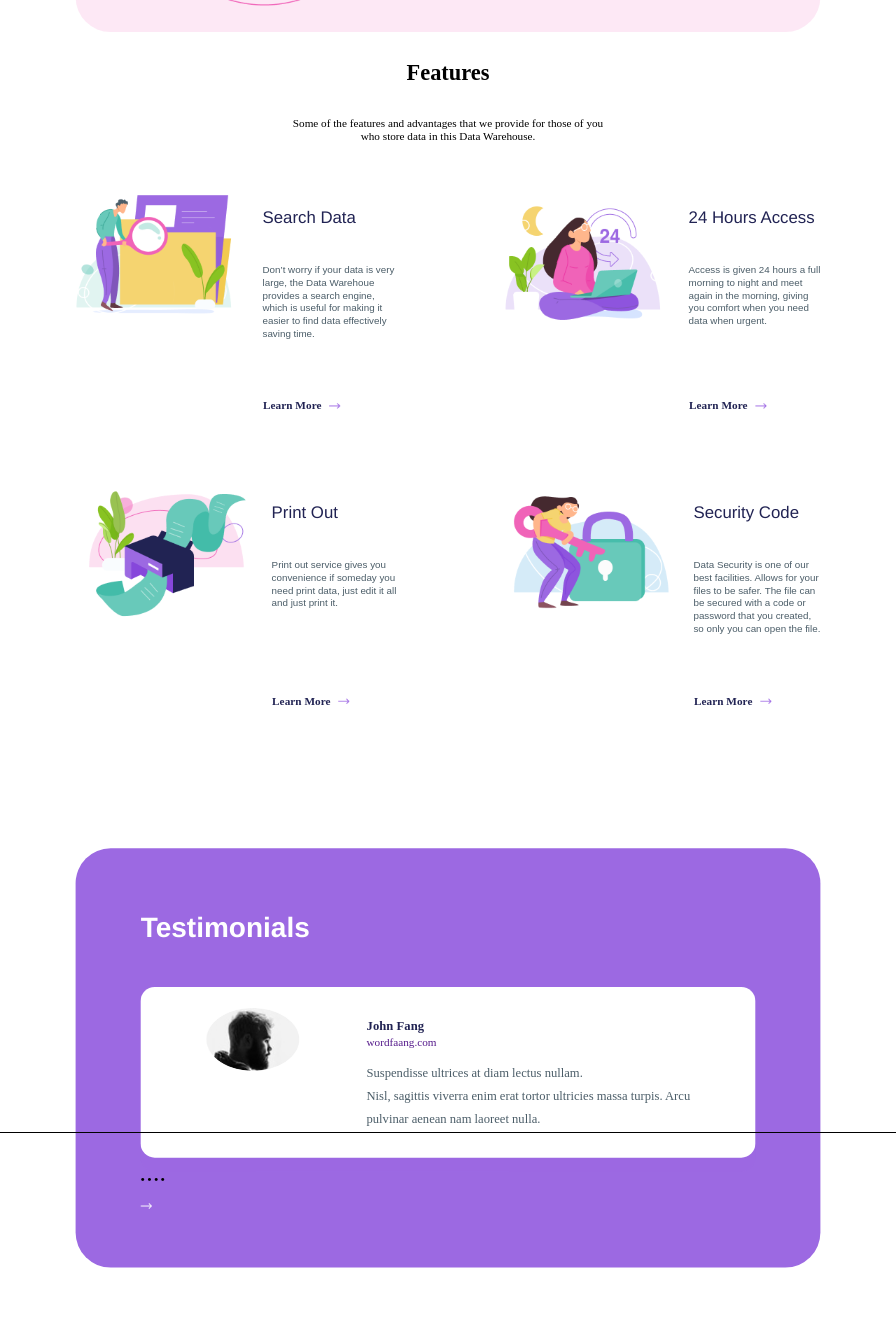
Repository: batonAnton/HW6_flexbox
Page: index.html
These files come from the project's save history. The page is drawn as it stood at one moment and after the next save; the edit follows.
The browser window is 1280 px wide. The pictures show the part of the page from y = 1287 to 3207 px (the page is 3168 px tall before and 3207 px after), at 70% of full size.
Some web fonts or font styles are not loaded; a fallback is used.

Above is the page before, as saved 2022-06-19 15:22:57.

### index.html
<!DOCTYPE html>
<html lang="en">
<head>
    <meta charset="UTF-8">
    <meta http-equiv="X-UA-Compatible" content="IE=edge">
    <meta name="viewport" content="width=device-width, initial-scale=1.0">
    <link href="http://fonts.cdnfonts.com/css/helvetica-neue-9" rel="stylesheet">
    <link rel="stylesheet" href="./fonts/Helvetica-Bold.ttf">
    <link rel="stylesheet" href="./fonts/AvenirLTStd-Black.otf">
    <link rel="stylesheet" href="./css/style.css">
    <title>FlexBox</title>
</head>
<body>
    <header>
        <div class="logo">
            <img src="./images/logo.png" alt="logo">
        </div>

        <nav>
            <ul>
                <li>
                    <a href="#">about</a>
                </li>
                <li>
                    <a href="#">help</a>
                </li>
                <li>
                    <a href="#">features</a>
                </li>
                <li>
                    <a href="#">signup</a>
                </li>
            </ul>
        </nav>

        <div class="header-btn">
            <div>
                <button>request demo</button>
            </div>
            <div class="btn-img">
                <img src="./images/right-arrow.png" alt="arrow-right" >
            </div>
        </div>
    </header>

    <div class="section allstyles">
        <div class="info">
            <h1>Save your data <br> storage here.</h1>
            <p>Data Warehouse is a data storage area that <br>has been
                tested for security, so you can store <br> your data here
                safely but not be afraid of <br> being stolen by others.</p>
            <button>Learn more</button>
        </div>

        <div class="section-img">
            <img src="./images/headerImg.png" alt="">
        </div>
    </div>

    <div class="section2 allstyles">
        <div class="sectin2-img">
            <img src="./images/assideimg.png" alt="assideimg">
        </div>

        <div class="section2-info">
            <h1>We are a high-level data <br> storage bank</h1>
            <p>
                The place to store various data that you can access at any <br> time through the internet  and where you can carry it. <br>
                This very flexible storage area has a high level of security. <br> To enter into your own data you must enter the password <br> that you created when you registered in this Data <br> Warehouse.
            </p>
        </div>
    </div>

    <div class="section3 allstyles">
        <h1 class="section3-header"> Features</h1>
        <p class="section3-header">Some of the features and advantages that we provide for those of you <br> who store data in this Data Warehouse.</p>

        <div class="row1">
            <div class="block">
                <img src="./images/section3/image1 1.png" alt="img">
                <div class="info">
                    <h1>Search Data</h1>
                <p>
                    Don’t worry if your data is very <br> large, the Data Warehoue <br> provides a search engine, <br> which is useful for making it <br> easier to find data effectively <br> saving time.
                </p>

                <div class="header-btn section3-btn">
                    <div>
                        <button>Learn more</button>
                    </div>
                    <div class="btn-img">
                        <img src="./images/right-arrow.png" alt="arrow-right" >
                    </div>
                </div>
                </div>

            </div>


            <div class="block">
                <img src="./images/section3/image2.png" alt="img">
                <div class="info">
                    <h1>24 Hours Access</h1>
                <p>
                    Access is given 24 hours a full <br> morning to night and
                    meet <br> again in the morning, giving <br> you comfort when
                    you need <br> data when urgent.
                </p>

                <div class="header-btn section3-btn">
                    <div>
                        <button>Learn more</button>
                    </div>
                    <div class="btn-img">
                        <img src="./images/right-arrow.png" alt="arrow-right" >
                    </div>
                </div>
                </div>

            </div>
        </div>

        <!-- row2 start -->

        <div class="row1 row2">
            <div class="block">
                <img src="./images/section3/image3 1.png" alt="img">
                <div class="info">
                    <h1>Print Out</h1>
                <p>
                    Print out service gives you <br> convenience if someday
                    you <br> need print data, just edit it all <br> and just print it.
                </p>

                <div class="header-btn section3-btn">
                    <div>
                        <button>Learn more</button>
                    </div>
                    <div class="btn-img">
                        <img src="./images/right-arrow.png" alt="arrow-right" >
                    </div>
                </div>
                </div>

            </div>


            <div class="block">
                <img src="./images/section3/image4 1.png" alt="img">
                <div class="info">
                    <h1>Security Code</h1>
                <p>
                    Data Security is one of our <br> best facilities. Allows for your <br> files
                    to be safer. The file can <br> be secured with a code or <br>
                    password that
                    you created, <br> so only you can open the file.
                </p>

                <div class="header-btn section3-btn">
                    <div>
                        <button>Learn more</button>
                    </div>
                    <div class="btn-img">
                        <img src="./images/right-arrow.png" alt="arrow-right" >
                    </div>
                </div>
                </div>

            </div>
        </div>
    </div>

    <div class="section4 allstyles">
        <h1>Testimonials</h1>

        <div class="block">
            <img class="rounded" src="./images/section3/Ellipse 76.jpg" alt="img">
            <div class="info">
                <h1>John Fang </h1>
                <a href="">wordfaang.com</a>
                <p>
                    Suspendisse ultrices at diam lectus nullam. <br>
                    Nisl, sagittis viverra enim erat tortor ultricies massa turpis. Arcu <br> pulvinar aenean nam laoreet nulla.
                </p>
            </div>
        </div>
        <h4>&#x2022 &#x2022 &#x2022 &#x2022</h4>
        <p> <img src="./images/section3/right-arrow white.png" alt=""></p>
    </div>
</body>
</html>

### css/style.css
body {
  box-sizing: border-box;
  font-family: "Avenir";
}

.allstyles{
    margin: 70px 100px;
}

header {
  display: flex;
  margin: 30px 100px;
  justify-content: space-between;
  /* border: 1px solid gray; */
 font-family: Arial, Helvetica, sans-serif;
  font-size: 16px;
}


nav {
  margin-right: 40%;
}

nav ul {
  display: flex;
  list-style: none;
  color: #4b5d68;
}

nav ul li a {
  text-decoration: none;
  padding-left: 20px;
  text-transform: capitalize;
}

.header-btn {
  display: flex;
  justify-content: center;
}


.header-btn button {
  padding: 15px 30px 15px 15px;
  text-transform: capitalize;
  border: none;
  border-radius: 50px;
  background: #ffffff;
  box-shadow: 0px 5px 5px rgb(75 93 104 / 15%);
  width: 210px;
  color: #212353;
  font-size: 16px;
  font-weight: 800;
  line-height: 100%;
  letter-spacing: 0.005em;
}

.btn-img {
  margin-left: -35px;
  padding-left: -15px;
  align-self: center;
}

button img {
  padding-top: 5px;
  margin-left: 5px;
}

button:hover {
  border: 1px solid rgba(156, 105, 226, 1);
  text-decoration: underline;
}

.section {
  display: flex;
  position: relative;
  height: 600px;
  overflow: hidden;
}


.info {
  width: 50%;
}

.section h1 {
  font-style: normal;
  font-weight: 700;
  font-size: 4rem;
  line-height: 110%;
  font-family: "Helvetica Neue", sans-serif;
  color:#212353;
  font-weight: 700;
}



.section p {
  font-family: 'Avenir', Helvetica, sans-serif;
  font-style: normal;
  font-weight: 500;
  font-size: 16px;
  line-height: 28px;
  margin-top: 50px;
  margin-bottom: 50px;
}

.section-img {
  position: absolute;
  bottom: 1%;
  right: -13%;
}
.section-img img {
  width: 84%;
}

.info button{
    font-family: 'Avenir', Helvetica, sans-serif;
    font-style: normal;
    font-weight: 700;
    font-size: 18px;
    line-height: 160%;
    background-color: #9C69E2;
    border-radius: 50px;
    color: #ffffff;
    width: 170px;
    height: 60px;
    border: none;
    cursor: pointer;
}


.section2{
    display: flex;
    justify-content: space-between;
    background: rgba(240, 99, 184, 0.15);
    border-radius: 50px;
    font-family: 'Avenir', Helvetica, sans-serif;
}

.section2 h1{
    font-style: normal;
    font-weight: 700;
    font-size: 40px;
    line-height: 130%;
    color: #212353;
}

.section2 p{
    font-family: 'Avenir', Helvetica, sans-serif;
font-style: normal;
font-weight: 400;
font-size: 16px;
line-height: 160%;
}

.section2-info{
    padding:55px;
}


.section3-header{
    text-align: center;
    margin: -30px 0 75px 0;
}

.row1{
    display: flex;
    justify-content: space-between;
}

.row1 .block img{
    float: left;
}

.section3 .info{
  float: right;
  width: auto;
  margin-left: 35px;
}

.section3 .info h1{
  font-family: 'Helvetica';
font-style: normal;
font-weight: 400;
font-size: 24px;
line-height: 130%;
color: #212353;
}

.section3 .info p{
  font-family: 'Avenir',  sans-serif;
font-style: normal;
font-weight: 200;
font-size: 14px;
line-height: 130%;
color: #4B5D68;
margin-top: 50px;
/* margin-bottom: 50px; */
height: 160px;
}

.section3 .section3-btn button{
  padding:0;
  color: #212353;
  box-shadow: none;
  background-color: #ffffff;
  font-family: 'Avenir';
  font-style: normal;
  font-weight: 900;
  font-size: 16px;
  line-height: 160%;
  letter-spacing: 0.005em;
  width:85px;
}

.section3 .header-btn{
  display: flex;
  justify-content: flex-start;
}

.section3 .btn-img{
  margin-left: 10px;
}

.row2{
  margin: 90px 0  180px 0;
}

.section4{
  /* height: 709px; */
  background-color: #9C69E2;
  border-radius: 50px;
  padding: 60px 93px;
}

.section4 h1{
  font-family: 'Helvetica';
  font-style: normal;
  font-weight: 700;
  font-size: 40px;
  line-height: 130%;
  color: #FFFFFF;
  margin-bottom: 60px;
}

.section4 .block{
  background-color: #FFFFFF;
  box-shadow: 0px 20px 0px rgba(156, 105, 226, 0.3);
  border-radius: 20px;
  padding: 30px 93px 120px 93px;
}

.section4 .info{
  float: right;
  width: auto;
}

.section4 .info h1{
font-family: 'Avenir';
font-style: normal;
font-weight: 900;
font-size: 18px;
line-height: 160%;
letter-spacing: 0.005em;
color: #212353;
margin-bottom: 0;
}

.section4 .info p{
  font-family: 'Avenir';
font-style: normal;
font-weight: 400;
font-size: 18px;
line-height: 180%;
color: #4B5D68;
}

.section4 .info a{
  text-decoration: none;
}

.rounded{
  border-radius:50%;
}

After the next save:
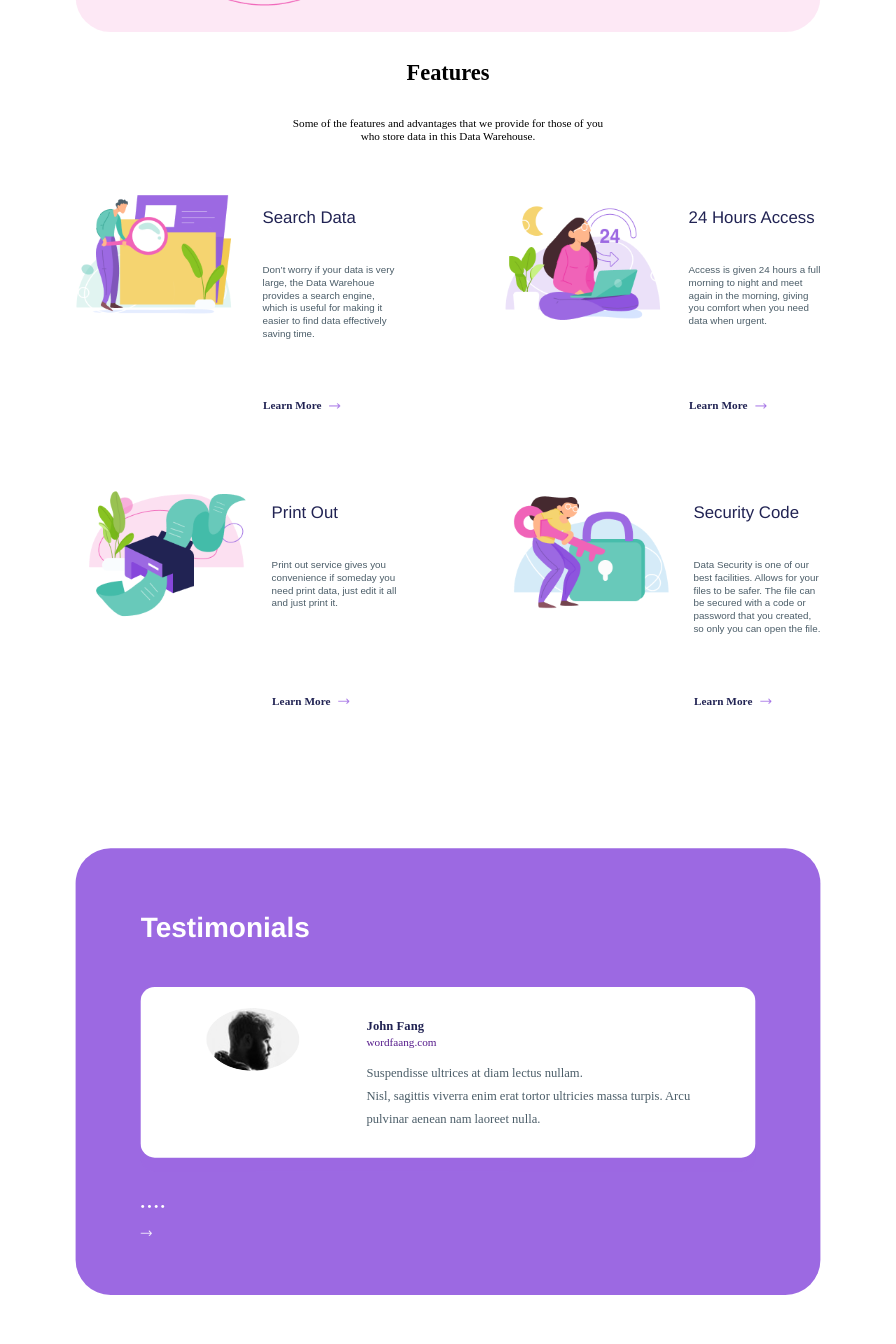
Saved 103 s later.
--- a/css/style.css
+++ b/css/style.css
@@ -282,3 +282,8 @@ color: #4B5D68;
 .rounded{
   border-radius:50%;
 }
+
+h4{
+  color: #ffffff;
+  margin-top: 60px ;
+}
